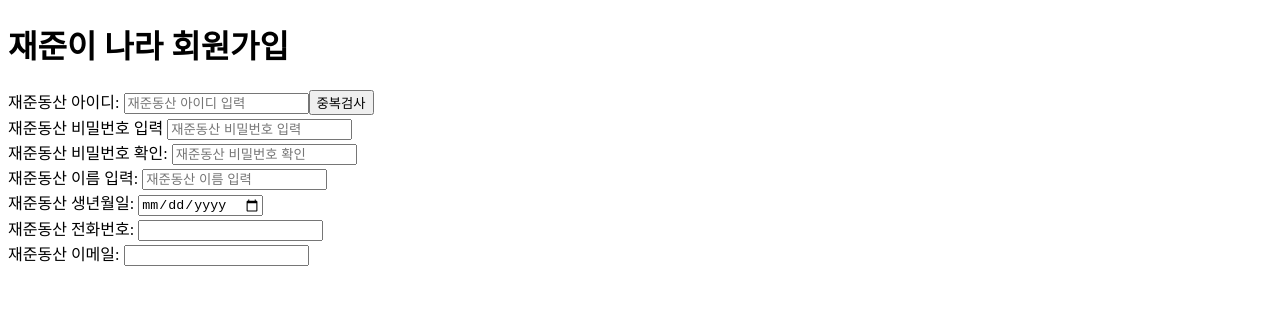
Repository: Chojaejun/javastudy
Page: HelloWorld/WebContent/test.html
The author's editor kept a copy of each file at every save. The page is drawn from the files as they stood at one save, then again after the next save.
The browser window is 1280 px wide. The pictures show the whole page.

Above is the page before, as saved 2020-12-04 07:57:58.

After the next save:
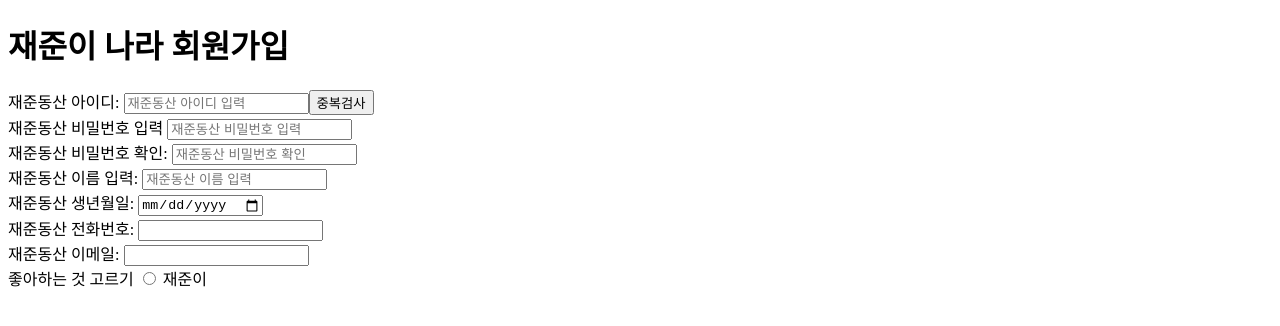
Saved 2 min 52 s later.
--- a/HelloWorld/WebContent/test.html
+++ b/HelloWorld/WebContent/test.html
@@ -29,7 +29,10 @@
 <br>
 <label for="email">재준동산 이메일: </label>
 <input type="email" id="email" name="email">
-
+<br>
+<label>좋아하는 것 고르기</label>
+<input id="joun1" type="radio" name="jun" value="jun1">
+<label>재준이</label>
 
 
 
